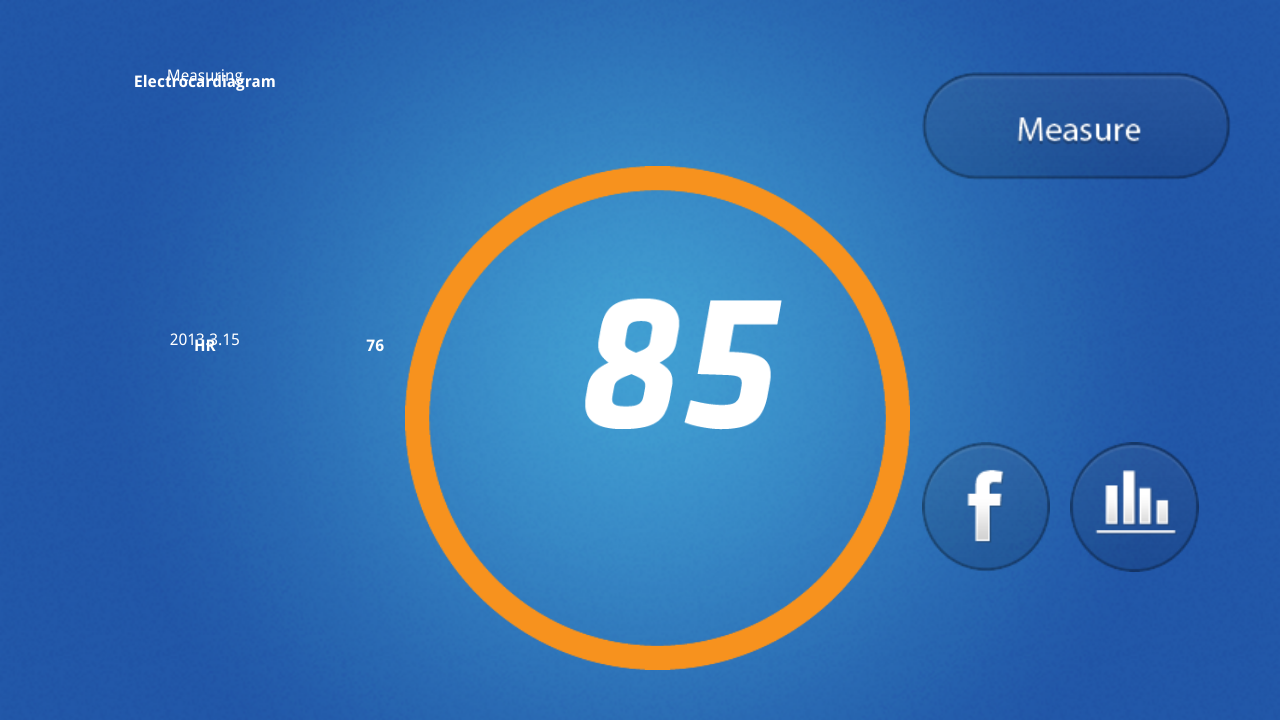
Repository: chouwill79131/IEcontest
Page: BluetoothChat/assets/complete.html
An editor plug-in stored every save of this project. The page is shown before and after the next save, followed by the edit.
The browser window is 1280 px wide. The pictures show the whole page.

Above is the page before, as saved 2013-03-08 17:43:18.
Console error: TypeError: Cannot set properties of null (setting 'innerHTML')

After the next save:
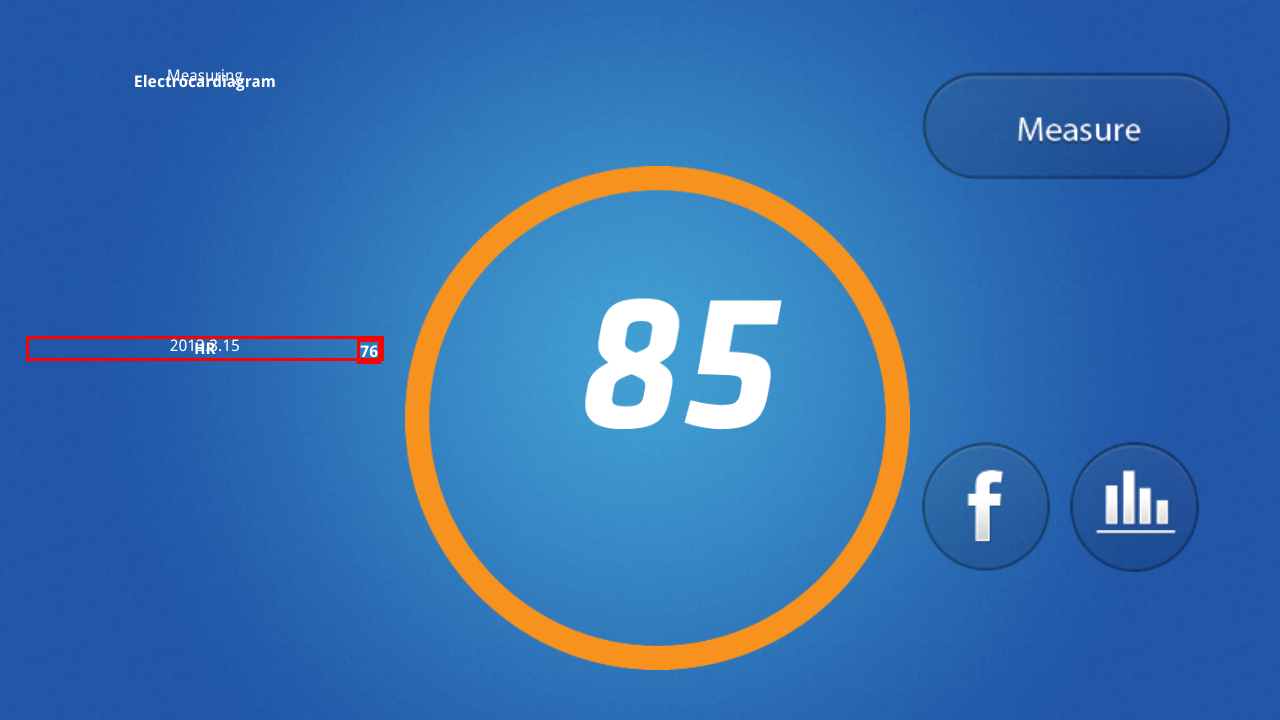
Saved 2 min 16 s later.
--- a/BluetoothChat/assets/complete.css
+++ b/BluetoothChat/assets/complete.css
@@ -17,8 +17,8 @@ body { margin:0; padding:0;}
 .text, .hr , .date{ text-align: center; color:white;}
 .word { margin-top: 20%;  font-family: DroidSans-Bold ; }
 .subword, .date { margin-top:-12%; font-family: droidsans ;}
-.hr {   margin-top: 65%;  font-family: DroidSans-Bold ;}
-#hr {float:right; margin-left: -60% ;}
+.hr {  border:solid red ; margin-top: 65%;  font-family: DroidSans-Bold ;}
+#hr {border:solid red; float:right; margin-left: -60% ;}
 
 .mid { width: 41%; }
 .rhythm, .circle { width: auto; height:70%; margin-left: 4%; }
